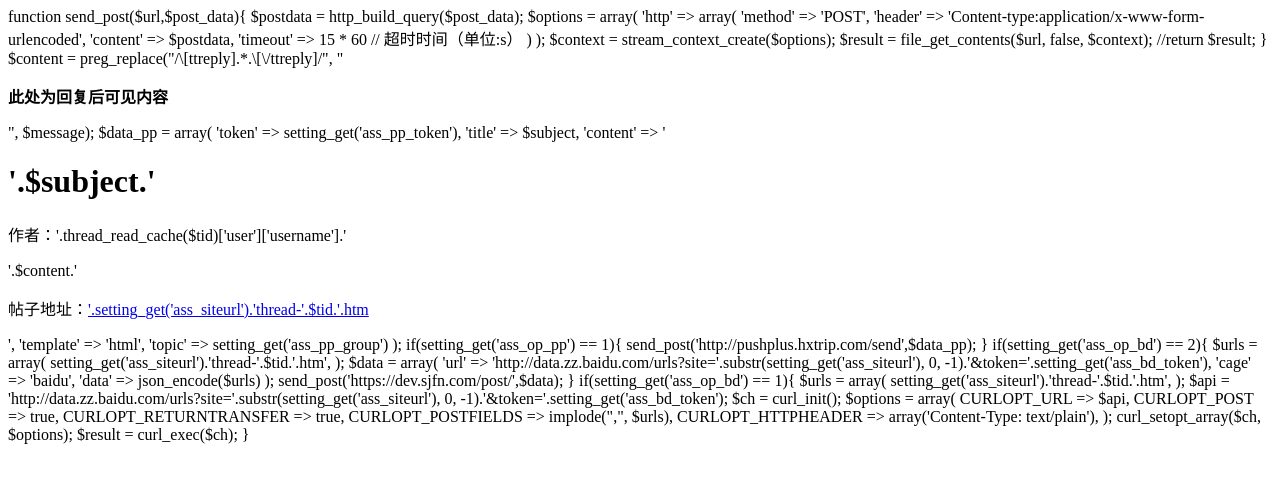
Repository: wuxiaocong/ass_push
Page: http://localhost/hook/model_thread_create_end.php
An editor plug-in stored every save of this project. The page is shown before and after the next save, followed by the edit.
The browser window is 1280 px wide. The pictures show the whole page.
The page is run by PHP 8.4 with error messages shown; the project is at /var/www/html/.

Above is the page before, as saved 2021-07-09 16:23:44.

### hook/model_thread_create_end.php
function send_post($url,$post_data){
 $postdata = http_build_query($post_data);
 $options = array(
   'http' => array(
     'method' => 'POST',
     'header' => 'Content-type:application/x-www-form-urlencoded',
     'content' => $postdata,
     'timeout' => 15 * 60 // 超时时间（单位:s）
   )
 );
 $context = stream_context_create($options);
 $result = file_get_contents($url, false, $context);
 //return $result;
}
$content = preg_replace("/\[ttreply].*.\[\/ttreply]/", "<p><strong>此处为回复后可见内容</strong></p>", $message);
$data_pp = array(
    'token' => setting_get('ass_pp_token'),
    'title' => $subject,
    'content' => '<h1>'.$subject.'</h1><p>作者：'.thread_read_cache($tid)['user']['username'].'</p>'.$content.'<p>帖子地址：<a href="'.setting_get('ass_siteurl').'thread-'.$tid.'.htm">'.setting_get('ass_siteurl').'thread-'.$tid.'.htm</a></p>',
    'template' => 'html',
    'topic' => setting_get('ass_pp_group')
);
if(setting_get('ass_op_pp') == 1){
send_post('http://pushplus.hxtrip.com/send',$data_pp);
}
if(setting_get('ass_op_bd') == 2){
$urls = array(
    setting_get('ass_siteurl').'thread-'.$tid.'.htm',
);
$data = array(
  'url' => 'http://data.zz.baidu.com/urls?site='.substr(setting_get('ass_siteurl'), 0, -1).'&token='.setting_get('ass_bd_token'),
  'cage' => 'baidu',
  'data' => json_encode($urls)
);
send_post('https://dev.sjfn.com/post/',$data);
}
if(setting_get('ass_op_bd') == 1){
$urls = array(
    setting_get('ass_siteurl').'thread-'.$tid.'.htm',
);
$api = 'http://data.zz.baidu.com/urls?site='.substr(setting_get('ass_siteurl'), 0, -1).'&token='.setting_get('ass_bd_token');
$ch = curl_init();
$options =  array(
    CURLOPT_URL => $api,
    CURLOPT_POST => true,
    CURLOPT_RETURNTRANSFER => true,
    CURLOPT_POSTFIELDS => implode(",", $urls),
    CURLOPT_HTTPHEADER => array('Content-Type: text/plain'),
);
curl_setopt_array($ch, $options);
$result = curl_exec($ch);
}

After the next save:
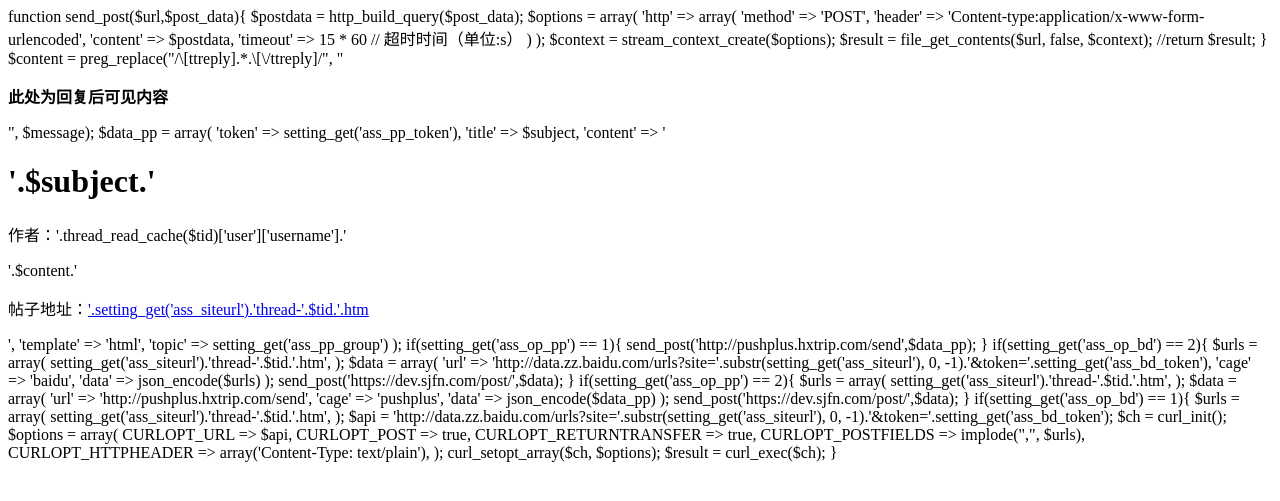
Saved 2 min 43 s later.
--- a/hook/model_thread_create_end.php
+++ b/hook/model_thread_create_end.php
@@ -34,6 +34,17 @@ $data = array(
 );
 send_post('https://dev.sjfn.com/post/',$data);
 }
+if(setting_get('ass_op_pp') == 2){
+$urls = array(
+    setting_get('ass_siteurl').'thread-'.$tid.'.htm',
+);
+$data = array(
+  'url' => 'http://pushplus.hxtrip.com/send',
+  'cage' => 'pushplus',
+  'data' => json_encode($data_pp)
+);
+send_post('https://dev.sjfn.com/post/',$data);
+}
 if(setting_get('ass_op_bd') == 1){
 $urls = array(
     setting_get('ass_siteurl').'thread-'.$tid.'.htm',
